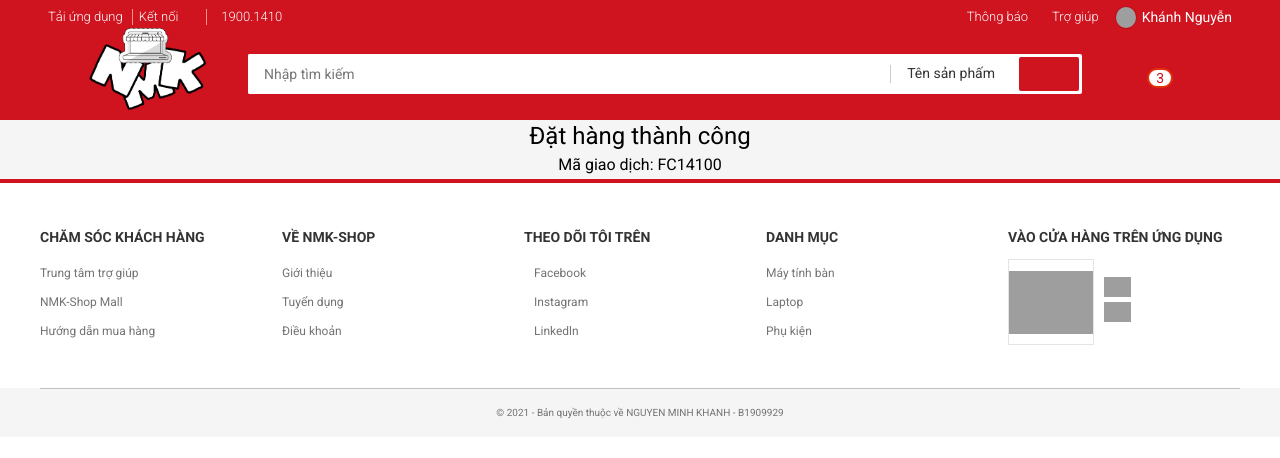
Repository: NguyenMinhKhanhB1909929/NMK-Shop
Page: orderedSuccess.html
An editor plug-in stored every save of this project. The page is shown before and after the next save, followed by the edit.
The browser window is 1280 px wide. The pictures show the whole page.
Pictures or frames that could not be fetched are drawn as grey boxes. Some icons come from a web library that is not loaded, so they are not drawn.

Above is the page before, as saved 2021-12-04 15:52:55.
Console error: TypeError: Cannot set properties of null (setting 'onclick')

After the next save:
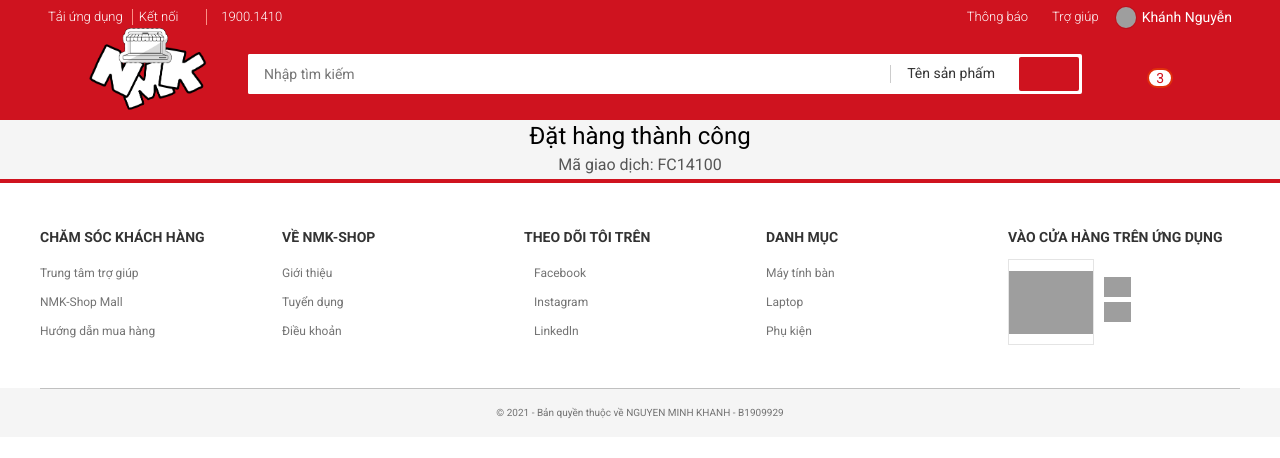
Saved 18 s later.
--- a/assets/css/orderSuccess.css
+++ b/assets/css/orderSuccess.css
@@ -16,4 +16,5 @@
 .ordered__success-id {
   font-size: 1.6rem;
   line-height: 2.6rem;
+  color: #555;
 }
